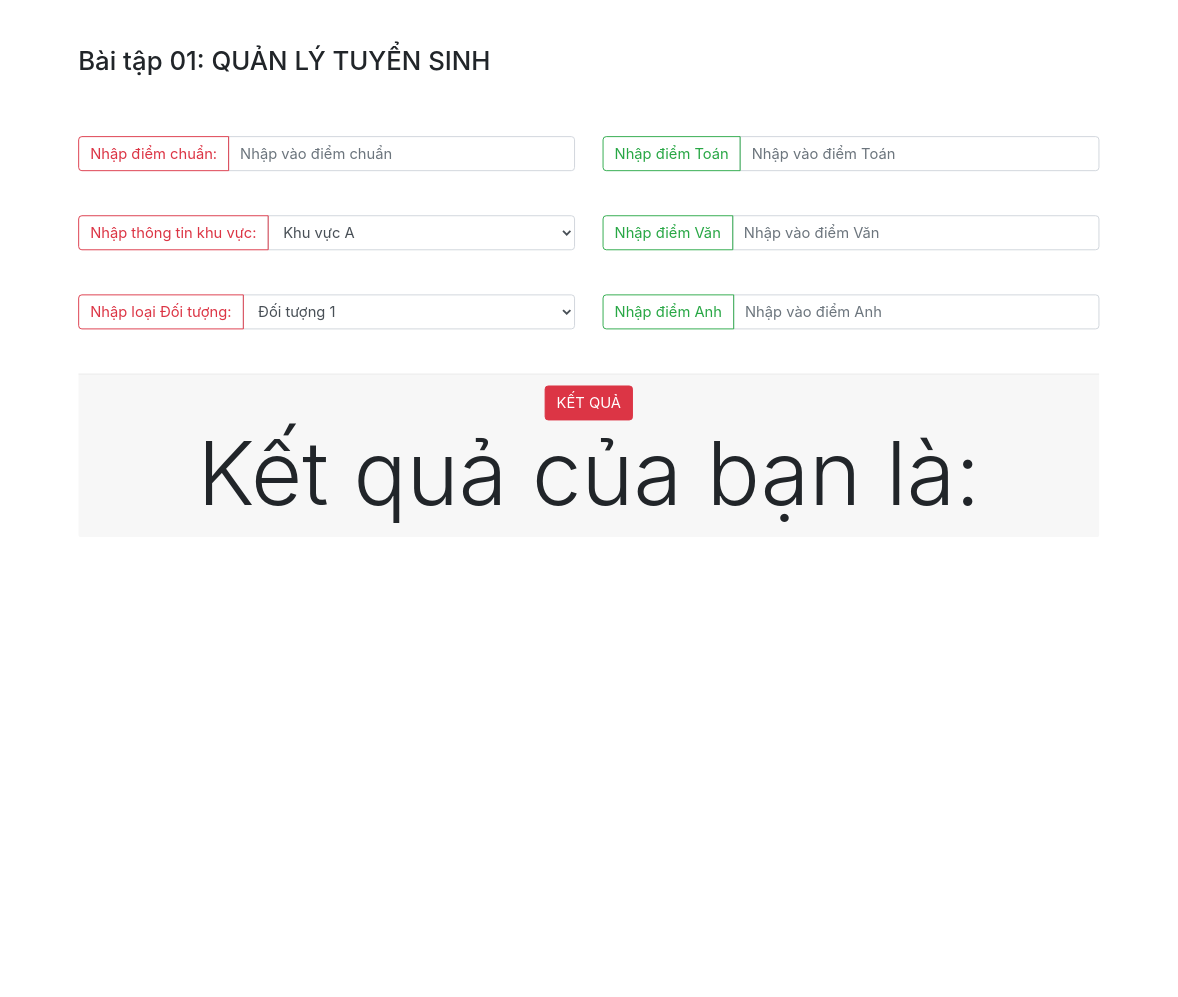
Repository: ducdatit2002/javascript-tinh-day15
Page: index.html
These files come from the project's save history. The page is drawn as it stood at one moment and after the next save; the edit follows.
The browser window is 1280 px wide. The pictures show the whole page, at 92% of full size.

Above is the page before, as saved 2023-08-20 12:56:10.

After the next save:
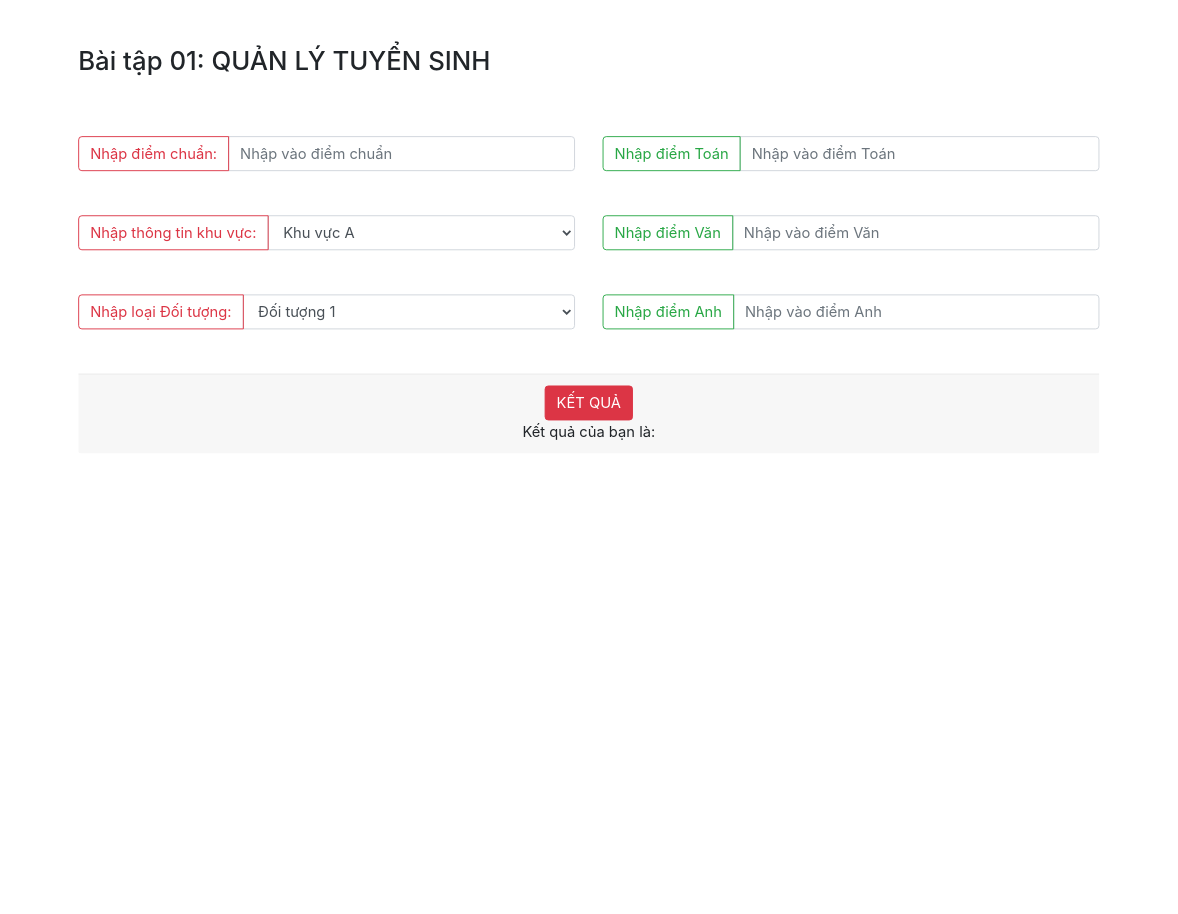
Saved 4 s later.
--- a/index.html
+++ b/index.html
@@ -94,7 +94,7 @@
         <div class="card-footer text-center mt-5">
             <button id="btnKetQua" class="btn btn-danger">KẾT QUẢ</button>
             <br />
-            <span id="ketQua" class="display-1">Kết quả của bạn là: </span>
+            <span id="ketQua" class="display-5">Kết quả của bạn là: </span>
           </div>
       </div>
     </div>
